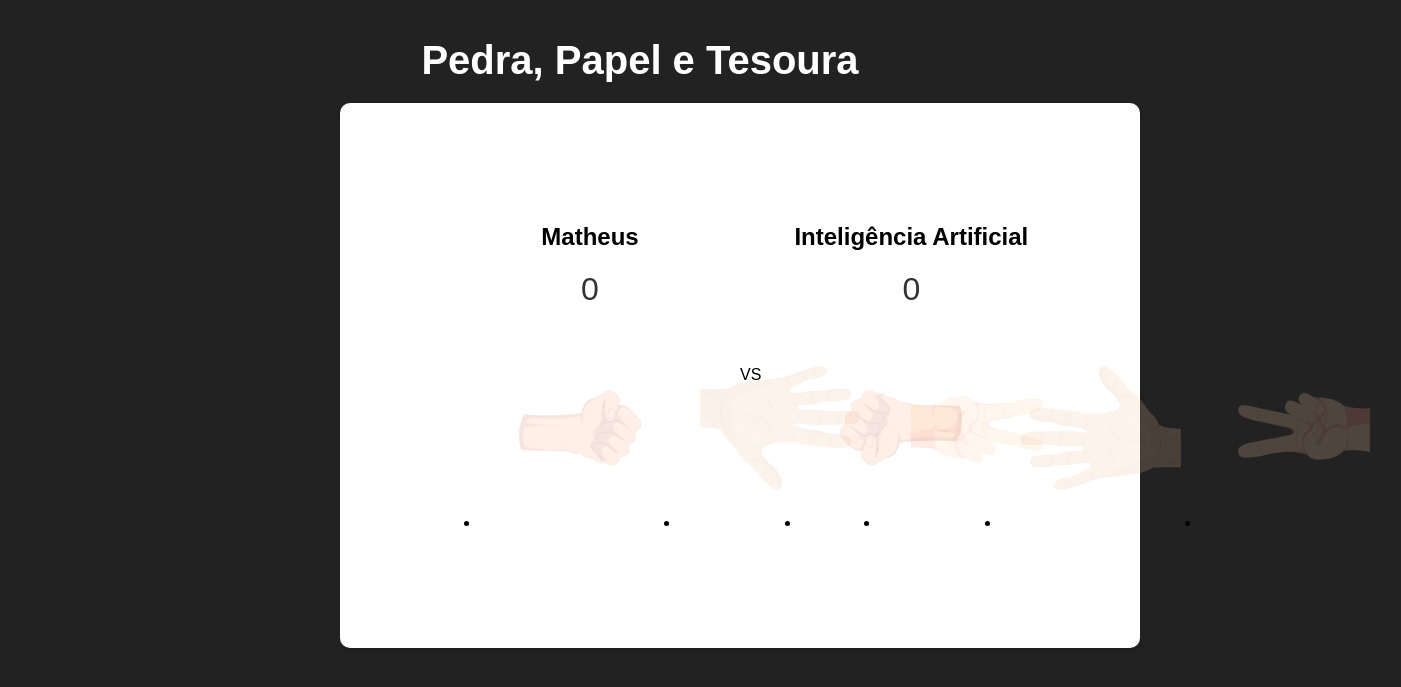
Repository: Matheus904-12/Pedra-Papel
Page: index.html
The author's editor kept a copy of each file at every save. The page is drawn from the files as they stood at one save, then again after the next save.
The browser window is 1280 px wide. The page is 1401 px wide, then 1280 px, so the pictures cover 1401 px, including what lies to the right of the window. The pictures show the whole page.

Above is the page before, as saved 2023-08-28 21:52:25.

### index.html
<!DOCTYPE html>
<html lang="en">
<head>
    <meta charset="UTF-8">
    <meta name="viewport" content="width=device-width, initial-scale=1.0">
    <title>Pedra, Papel e Tesoura</title>
    <link rel="stylesheet" href="style.css">
    <script src="script.js"></script>
</head>
<body>
    <div class="box">
        <div class="container">
            <h1 id="titulo">Pedra, Papel e Tesoura</h1>
            <div class="placar" id="placar">
                <div class="jogador">
                    <h2 id="jogadorNome">Matheus</h2>
                    <p id="jogadorPontos">0</p>
                    <ul class="escolhas" id="jogadorEscolha">
                        <li>
                            <a id="jogadorEscolha1" class="escolha" onclick="jogar(1)">
                                <img src="img/1-removebg-preview.png" alt="">
                            </a>
                        </li>
                        <li>
                            <a id="jogadorEscolha2" class="escolha" onclick="jogar(2)">
                                <img src="img/2-removebg-preview.png" alt="">
                            </a>
                        </li>
                        <li>
                            <a id="jogadorEscolha3" class="escolha" onclick="jogar(3)">
                                <img src="img/3-removebg-preview.png" alt="">
                            </a>
                        </li>
                    </ul>
                </div>
                <div id="versus">VS</div>
                <div class="computador">
                    <h2 id="computadorNome">Inteligência Artificial</h2>
                    <p id="computadorPontos">0</p>
                    <ul class="escolhas" id="computadorEscolha">
                        <li>
                            <a id="computadorEscolha1" class="escolha">
                                <img src="img2/1.png" alt="">
                            </a>
                        </li>
                        <li>
                            <a id="computadorEscolha2" class="escolha">
                                <img src="img2/2.png" alt="">
                            </a>
                        </li>
                        <li>
                            <a id="computadorEscolha3" class="escolha">
                                <img src="img2/3.png" alt="">
                            </a>
                        </li>
                    </ul>
                </div>
            </div>
            <div class="mensagem"><p id="mensagem" class="result-message">&nbsp;</p>
    </div>
</body>
</html>

### style.css
ul#jogadorEscolha li a,
ul#computadorEscolha li a{
    opacity: 0.2;
    transition: ease-in-out 0.3s;
}
ul#jogadorEscolha li a:hover,
ul#jogadorEscolha li a.selecionado,
ul#computadorEscolha li a.selecionado {
    opacity: 1;
}

/* Estilos gerais */
body {
    font-family: 'Arial', sans-serif;
    background-color: #222;
    margin: 0;
    padding: 0;
    transition: background-color 0.5s ease;
    align-items: center;
}

/* Estilo do container principal */
.box {
    display: flex;
    align-items: center;
    justify-content: center;
    min-height: 100vh;
    transition: background-color 0.5s ease;
}

.container {
    width: 100%;
    max-width: 600px;
    text-align: center;
}

/* Estilo do título */
#titulo {
    font-size: 2.5rem;
    color: #fff;
    margin-bottom: 20px;
}

/* Estilo do placar */
.placar {
    display: flex;
    align-items: center;
    justify-content: space-between;
    padding: 100px;
    background-color: #fff;
    border-radius: 10px;
    box-shadow: 0 4px 6px rgba(0, 0, 0, 0.1);
    width: 100%;
    margin: 0 auto;
    max-width: 1200px;
}

.jogador,
.computador {
    width: 50%;
}

.jogador p,
.computador p {
    font-size: 2rem;
    color: #333;
    margin: 0;
}

.escolhas {
    display: flex;
    justify-content: space-around;
    margin-top: 20px;
}

.escolhas img {
    max-width: 200px;
    cursor: pointer;
    transition: transform 0.3s ease;
}

.escolhas img:hover {
    transform: scale(1.1);
}

/* Estilo do resultado/mensagem */
.result-message {
    font-size: 1.2rem;
    margin-top: 20px;
    color: #fff;
}

.result-message.vitoria {
    color: #4CAF50;
}

.result-message.derrota {
    color: #FF5733;
}

.result-message.empate {
    color: #FFC300;
}

/* Estilo do botão reiniciar */
.reiniciar-jogo {
    background-color: #3498db;
    border: none;
    color: white;
    padding: 10px 20px;
    text-align: center;
    text-decoration: none;
    display: inline-block;
    font-size: 16px;
    border-radius: 5px;
    cursor: pointer;
    transition: background-color 0.3s ease;
}

.reiniciar-jogo:hover {
    background-color: #2980b9;
}

/* Estilo do histórico */
.historico {
    text-align: center;
    margin-top: 20px;
}

.historico-toggle {
    background-color: #333;
    border: none;
    color: white;
    padding: 5px 10px;
    font-size: 14px;
    border-radius: 5px;
    cursor: pointer;
    transition: background-color 0.3s ease;
}

.historico-toggle:hover {
    background-color: #222;
}

.historico-list {
    list-style: none;
    padding: 0;
    display: none;
    text-align: left;
}

.historico-list li {
    font-size: 14px;
    margin-bottom: 5px;
    color: #fff;
}

### script.js
let jogadorEscolha = 0;
let jogadorPontos = 0;
let computadorEscolha = 0;
let computadorPontos = 0;
let ganhador = -1;
let historico = [];

function jogar(escolha){
    jogadorEscolha = escolha;
    computadorEscolha = Math.floor(Math.random() * 3) + 1;


/*PEDRA = 1
  PAPEL = 2
  TESOURA = 3
*/

if (jogadorEscolha == 1 && computadorEscolha == 1) {
    ganhador = 0;
    //*PEDRA = PEDRA*//
} else if (jogadorEscolha == 1 && computadorEscolha == 2) {
    ganhador = 2;
    //PEDRA E PAPEL = PAPEL//
} else if (jogadorEscolha == 1 && computadorEscolha == 3) {
    ganhador = 1;
    //PEDRA E TESOURA = PEDRA//
} else if (jogadorEscolha == 2 && computadorEscolha == 1) {
    ganhador = 1;
    //PAPEL E PEDRA = PEDRA
} else if (jogadorEscolha == 2 && computadorEscolha == 2) {
    ganhador =  0;
    //PAPEL E PAPEL = NADA
} else if (jogadorEscolha == 2 && computadorEscolha == 3) {
    ganhador = 2;
    //PAPEL E TESOURA = TESOURA
} else if (jogadorEscolha == 3 && computadorEscolha == 1) {
    ganhador = 2;
    //TESOURA E PEDRA = PEDRA
} else if (jogadorEscolha == 3 && computadorEscolha == 2) {
    ganhador = 1;
    //TESOURA E PAPEL = TESOURA
} else if (jogadorEscolha == 3 && computadorEscolha == 3) {
    ganhador = 0;
    //TESOURA E TESOURA = EMPATE
}


document.getElementById('jogadorEscolha1').classList.remove('selecionado');
document.getElementById('jogadorEscolha2').classList.remove('selecionado');
document.getElementById('jogadorEscolha3').classList.remove('selecionado');
document.getElementById('computadorEscolha1').classList.remove('selecionado');
document.getElementById('computadorEscolha2').classList.remove('selecionado');
document.getElementById('computadorEscolha3').classList.remove('selecionado');



document.getElementById('jogadorEscolha'+jogadorEscolha).classList.add('selecionado');
document.getElementById('computadorEscolha'+computadorEscolha).classList.add('selecionado');


/*
EMPATE = 0;
JOGADOR = 1;
COMPUTADOR = 2;
*/


// Atualizar placar
if (ganhador === 1) {
    jogadorPontos++;
} else if (ganhador === 2) {
    computadorPontos++;
}

document.getElementById('jogadorPontos').textContent = jogadorPontos;
document.getElementById('computadorPontos').textContent = computadorPontos;


// Mensagem do resultado
let mensagem = '';
if (ganhador === 1) {
    mensagem = 'Você venceu!';
} else if (ganhador === 2) {
    mensagem = 'Você perdeu!';
} else {
    mensagem = 'Empate!';
}

// Adicionar ao histórico
historico.push({
    jogador: jogadorEscolha,
    computador: computadorEscolha,
    resultado: ganhador
});

// Atualizar elementos na página
document.getElementById('jogadorPontos').textContent = jogadorPontos;
document.getElementById('computadorPontos').textContent = computadorPontos;
document.querySelector('.result-message').textContent = mensagem;
document.querySelector('.result-message').className = `result-message ${ganhadorClass}`;

// Exibir histórico
mostrarHistorico();

// Adicionar classe de estilo à mensagem
let mensagemElement = document.getElementById('mensagem');
mensagemElement.classList.remove('vitoria', 'derrota', 'empate');
if (ganhador === 1) {
    mensagemElement.classList.add('vitoria');
} else if (ganhador === 2) {
    mensagemElement.classList.add('derrota');
} else {
    mensagemElement.classList.add('empate');
}
}

function mostrarHistorico() {
let historicoList = document.getElementById('historico-list');
historicoList.innerHTML = '';

for (let i = 0; i < historico.length; i++) {
    let item = historico[i];
    let resultado = '';
    if (item.resultado === 1) {
        resultado = 'Vitória';
    } else if (item.resultado === 2) {
        resultado = 'Derrota';
    } else {
        resultado = 'Empate';
    }

    let listItem = document.createElement('li');
    listItem.textContent = `Jogador: ${item.jogador} | Computador: ${item.computador} | Resultado: ${resultado}`;
    historicoList.appendChild(listItem);
}


document.getElementById('historico-toggle').addEventListener('click', function() {
    const historicoList = document.querySelector('.historico-list');
    historicoList.style.display = historicoList.style.display === 'none' ? 'block' : 'none';
    this.textContent = historicoList.style.display === 'none' ? 'Ver Histórico' : 'Esconder Histórico';
});

// Mensagem do resultado
let mensagem = '';
if (ganhador === 1) {
    mensagem = 'Você venceu!';
} else if (ganhador === 2) {
    mensagem = 'Você perdeu!';
} else {
    mensagem = 'Empate!';
}

// Adicionar ao histórico
historico.push({
    jogador: jogadorEscolha,
    computador: computadorEscolha,
    resultado: ganhador
});


// Atualizar elementos na página
document.getElementById('jogadorPontos').textContent = jogadorPontos;
document.getElementById('computadorPontos').textContent = computadorPontos;
document.querySelector('.result-message').textContent = mensagem;
document.querySelector('.result-message').className = `result-message ${ganhadorClass}`;


 // Adicionar classe de estilo à mensagem
let mensagemElement = document.querySelector('.mensagem');
mensagemElement.classList.remove('vitoria', 'derrota', 'empate');
if (ganhador === 1) {
    mensagemElement.classList.add('vitoria');
} else if (ganhador === 2) {
    mensagemElement.classList.add('derrota');
} else {
    mensagemElement.classList.add('empate');
}

// Atualizar estilo da página com base no resultado
document.querySelector('.box').className = `box ${ganhadorClass}`;




// Atualizar cor de fundo com base no resultado
if (ganhador === 1) {
    document.body.style.backgroundColor = '#4CAF50'; // Verde
} else if (ganhador === 2) {
    document.body.style.backgroundColor = '#FF5733'; // Vermelho
} else {
    document.body.style.backgroundColor = '#FFC300'; // Amarelo
}


// Selecionar escolha do jogador
document.getElementById(`jogadorEscolha${jogadorEscolha}`).classList.add('selecionado');


// Atualizar escolhas do jogador
document.getElementById(`jogadorEscolha${jogadorEscolha}`).classList.add('selecionado');
document.getElementById(`computadorEscolha${computadorEscolha}`).classList.add('selecionado');

// Atualizar estilo da página com base no resultado
document.querySelector('.box').className = `box ${ganhadorClass}`;

// Função para reiniciar o jogo
function reiniciarJogo() {
    jogadorPontos = 0;
    computadorPontos = 0;
    historico = [];
    limparEscolhas();
    atualizarPlacar();
    limparMensagem();
    mostrarHistorico();
    resetarEstiloPagina();
}

// Limpar escolhas selecionadas
function limparEscolhas() {
    document.querySelectorAll('.escolha').forEach(element => {
        element.classList.remove('selecionado');
    });
}

// Atualizar placar
function atualizarPlacar() {
    document.getElementById('jogadorPontos').textContent = jogadorPontos;
    document.getElementById('computadorPontos').textContent = computadorPontos;
}

// Limpar mensagem do resultado
function limparMensagem() {
    document.querySelector('.result-message').textContent = '';
    document.querySelector('.mensagem').className = 'mensagem';
}

// Resetar estilo da página
function resetarEstiloPagina() {
    document.querySelector('.box').className = 'box';
}

// Botão de reiniciar o jogo
document.getElementById('reiniciar-jogo').addEventListener('click', function() {
    reiniciarJogo();
});


// Função para reiniciar o jogo
function reiniciarJogo() {
    jogadorPontos = 0;
    computadorPontos = 0;
    historico = [];
    limparEscolhas();
    atualizarPlacar();
    limparMensagem();
    mostrarHistorico();
    resetarEstiloPagina();
}

// Limpar escolhas selecionadas
function limparEscolhas() {
    document.querySelectorAll('.escolha').forEach(element => {
        element.classList.remove('selecionado');
    });
}

// Atualizar placar
function atualizarPlacar() {
    document.getElementById('jogadorPontos').textContent = jogadorPontos;
    document.getElementById('computadorPontos').textContent = computadorPontos;
}

// Limpar mensagem do resultado
function limparMensagem() {
    document.querySelector('.result-message').textContent = '';
    document.querySelector('.mensagem').className = 'mensagem';
}

// Resetar estilo da página
function resetarEstiloPagina() {
    document.querySelector('.box').className = 'box';
}

// Botão de reiniciar o jogo
document.getElementById('reiniciar-jogo').addEventListener('click', function() {
    reiniciarJogo();
});


}

After the next save:
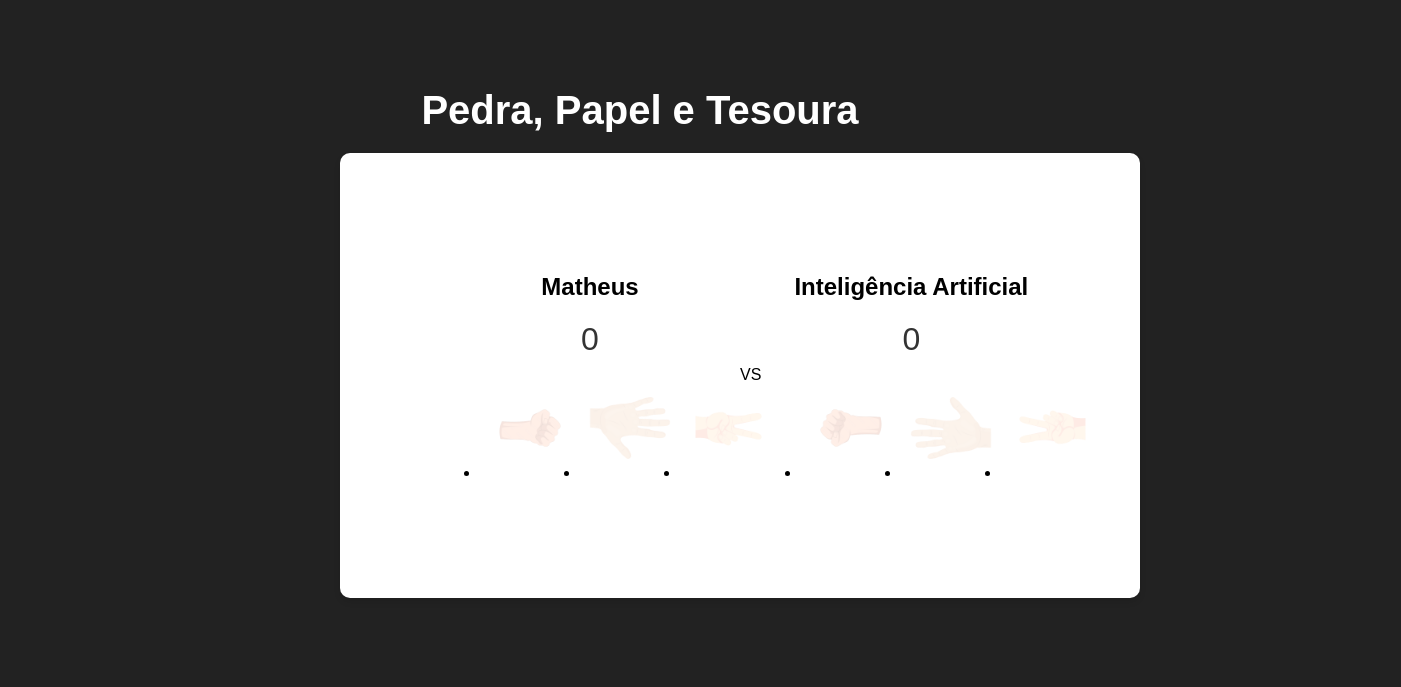
Saved 6 s later.
--- a/style.css
+++ b/style.css
@@ -74,7 +74,7 @@ body {
 }
 
 .escolhas img {
-    max-width: 200px;
+    max-width: 100px;
     cursor: pointer;
     transition: transform 0.3s ease;
 }
